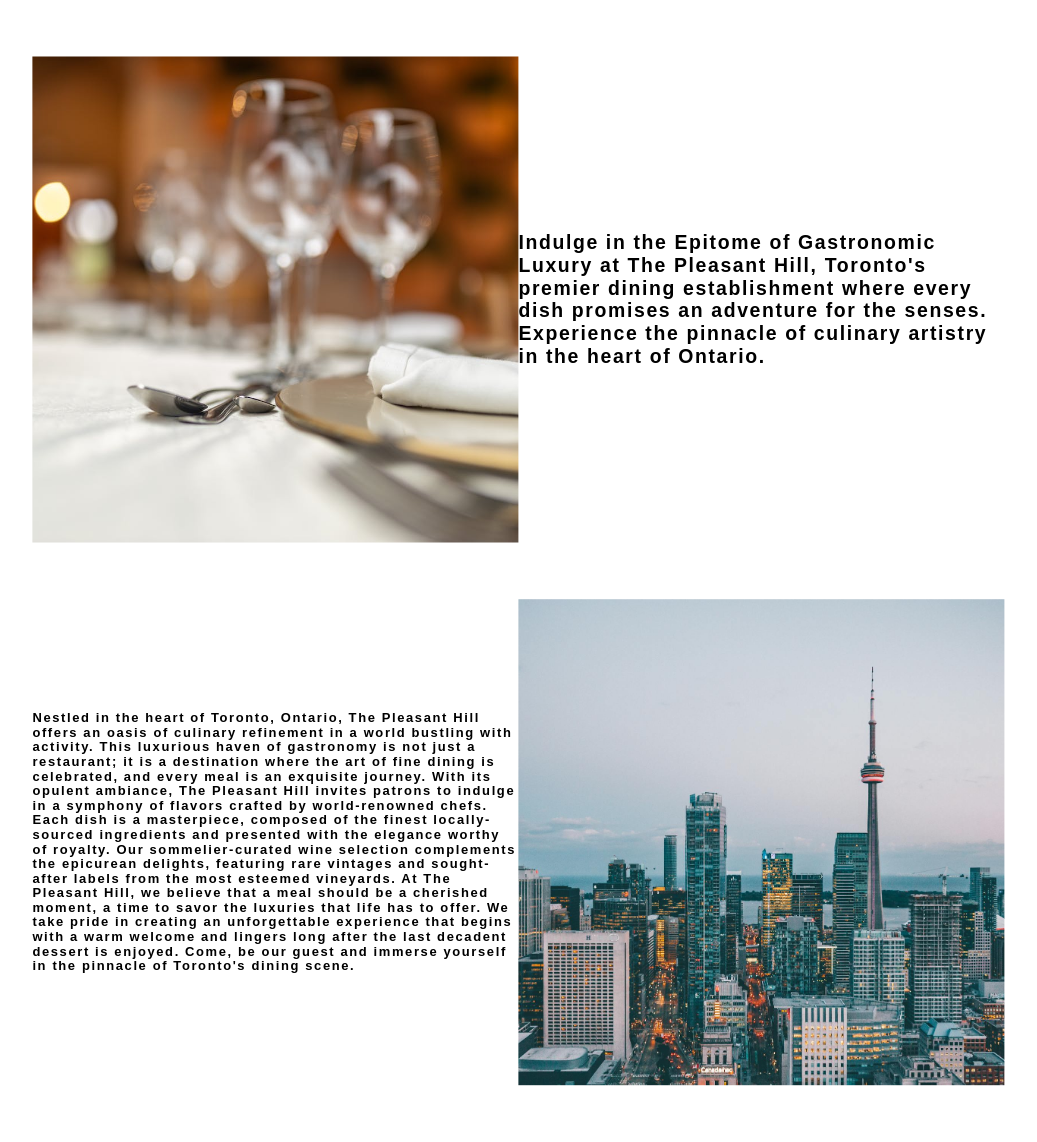
Repository: shayanabedi98/pleasant-hill-restaurant
Page: /
These files come from the project's save history. The page is drawn as it stood at one moment and after the next save; the edit follows.
The browser window is 1280 px wide. The pictures show the part of the page from y = 980 to 2390 px (the page is 2390 px tall before and 2290 px after), at 81% of full size.
Backgrounds fixed to the window are drawn as part of the page. Some web fonts or font styles are not loaded; a fallback is used. The project was rebuilt for these pictures with package versions that can differ from the ones it lists, and the page was loaded fresh each time. Also part of the build but not shown: vite.config.js, src/components/Contact.jsx, src/components/MenuList.jsx, src/components/Appetizers.jsx, src/components/Entrees.jsx, src/components/Desserts.jsx, src/components/Drinks.jsx, src/components/Menu.jsx and 1 more.

Above is the page before, as saved 2023-12-27 18:59:29.

After the next save:
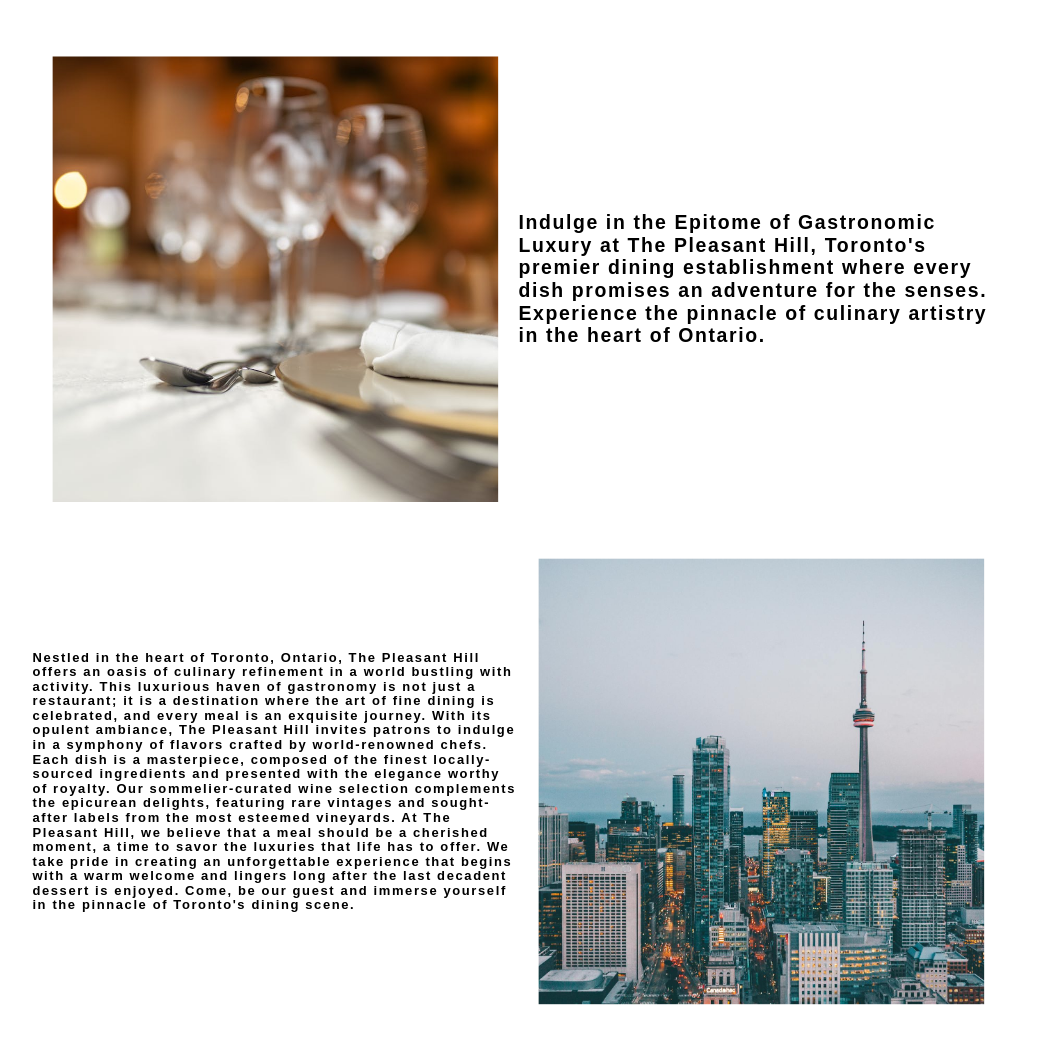
Saved 16 s later.
--- a/src/App.css
+++ b/src/App.css
@@ -94,8 +94,8 @@ body {
 }
 
 .about img {
-  height: 600px;
-  width: 600px;
+  height: 550px;
+  width: 550px;
   object-fit: cover;
 }
 
